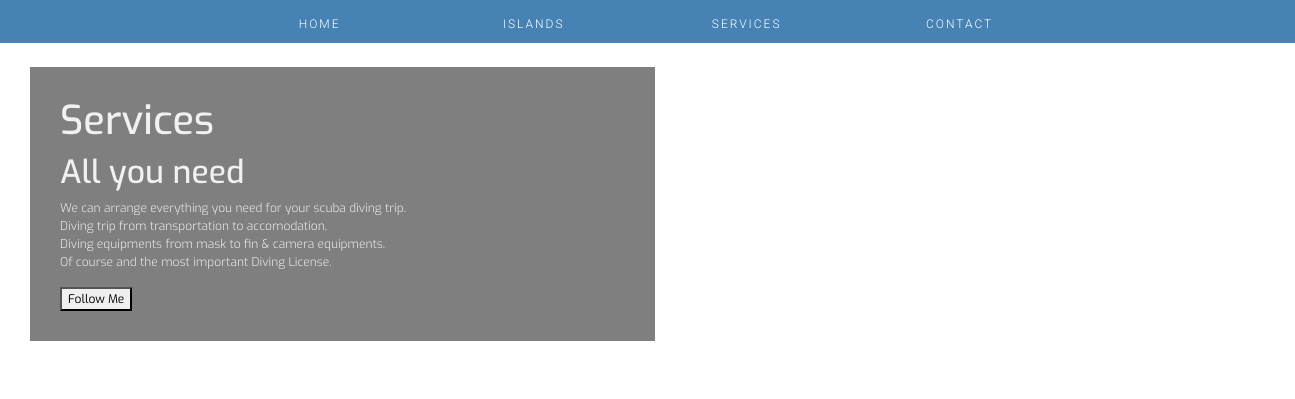
Repository: Code-Institute-Submissions/cathyann-diving.github.io
Page: services.html
The author's editor kept a record of every edit. The page is drawn from the files as they stood at one moment, then again after the next edit.
The browser window is 1280 px wide. The page is 1295 px wide, so the pictures cover 1295 px, including what lies to the right of the window. The pictures show the whole page.

Above is the page before.

After the next edit:
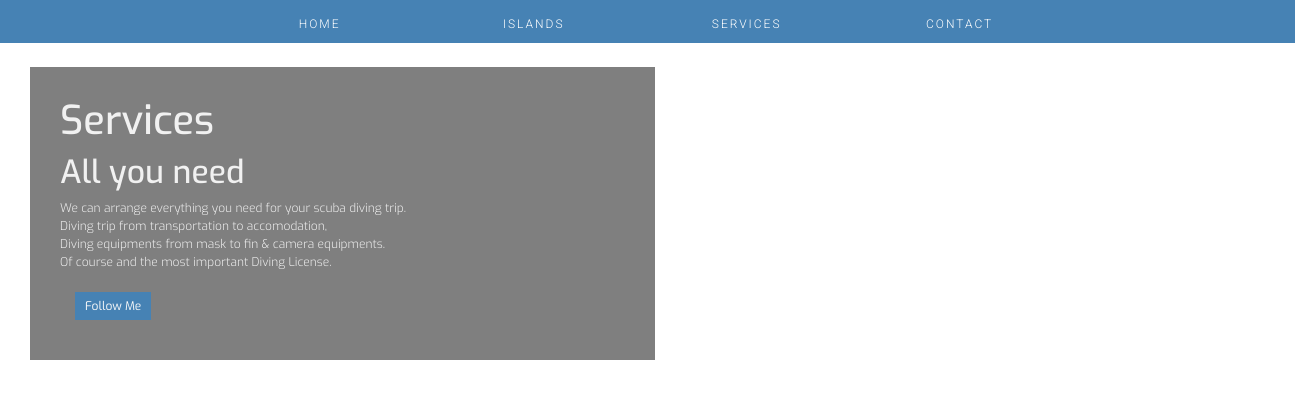
The edit:
--- a/services.html
+++ b/services.html
@@ -46,7 +46,9 @@
             Diving equipments from mask to fin & camera equipments.<br>
             Of course and the most important Diving License.<br>
             </p>
-            <button>Follow Me</button>
+            <div class="container">
+                    <button type="button" class="button">Follow Me</button>
+                </div>
         </div>
     </div>
 
